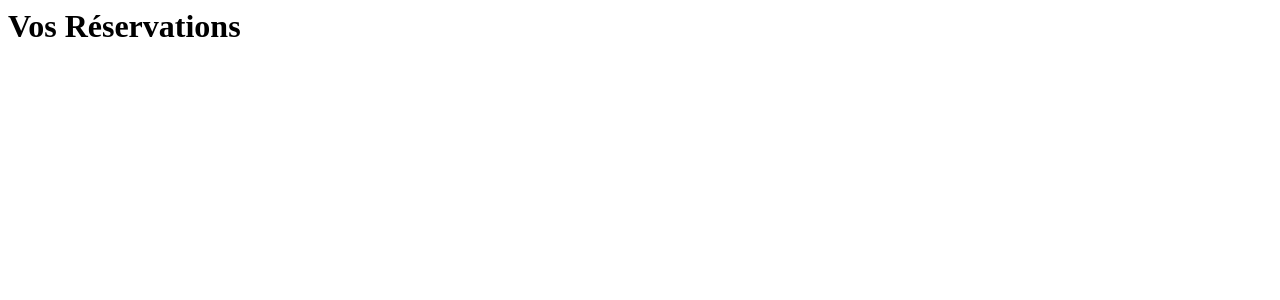
Repository: lemonhao9/QuaiAntiqueRestaurantFront
Page: pages/reservations/allResa.html
These files come from the project's save history. The page is drawn as it stood at one moment and after the next save; the edit follows.
The browser window is 1280 px wide. The pictures show the whole page.

Above is the page before, as saved 2025-01-24 15:15:31.

### pages/reservations/allResa.html
<div class="hero-scene text-center text-white">
    <div class="hero-scene-content">
            <h1>Vos Réservations</h1>
    </div>
</div>

After the next save:
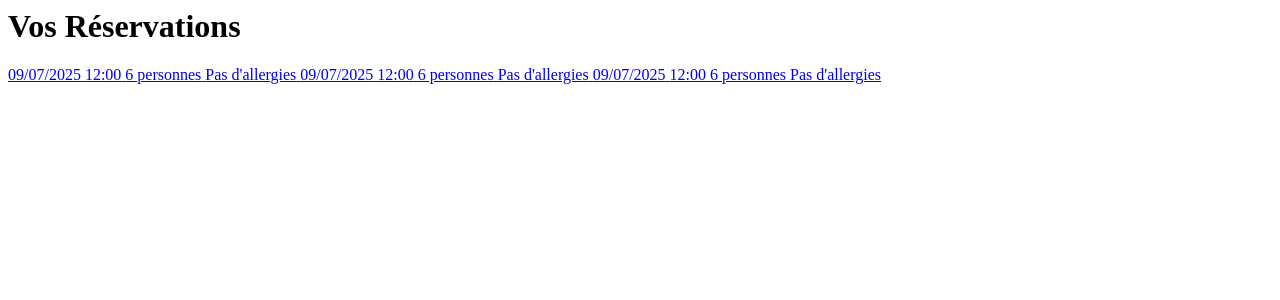
Saved 3 min 2 s later.
--- a/pages/reservations/allResa.html
+++ b/pages/reservations/allResa.html
@@ -3,3 +3,24 @@
             <h1>Vos Réservations</h1>
     </div>
 </div>
+
+<div class="container text-center">
+    <a href="#">
+        <span>09/07/2025</span>
+        <span>12:00</span>
+        <span>6 personnes</span>
+        <span>Pas d'allergies</span>
+    </a>
+    <a href="#">
+        <span>09/07/2025</span>
+        <span>12:00</span>
+        <span>6 personnes</span>
+        <span>Pas d'allergies</span>
+    </a>
+    <a href="#">
+        <span>09/07/2025</span>
+        <span>12:00</span>
+        <span>6 personnes</span>
+        <span>Pas d'allergies</span>
+    </a>
+</div>
